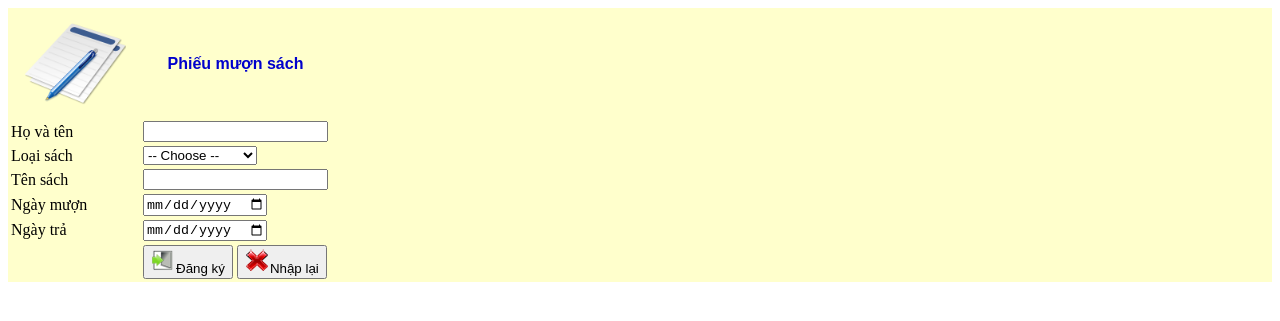
Repository: AnhDuc0125/HTML-Aptech
Page: bt2092-b2/index.html
The author's editor kept a copy of each file at every save. The page is drawn from the files as they stood at one save, then again after the next save.
The browser window is 1280 px wide. The pictures show the whole page.

Above is the page before, as saved 2021-12-03 20:41:08.

### bt2092-b2/index.html
<!DOCTYPE html>
<html lang="en">
<head>
    <meta charset="UTF-8">
    <meta http-equiv="X-UA-Compatible" content="IE=edge">
    <meta name="viewport" content="width=device-width, initial-scale=1.0">
    <title>Document</title>
    <link rel="stylesheet" href="style.css">
</head>
<body>
        <div class="container">
            <div class="wrapper">
                <table>
                    <thead>
                        <tr>
                            <th><img class="img_title" src="./photos/regis.png" alt=""></th>
                            <th id="title">Phiếu mượn sách</th>
                        </tr>
                    </thead>
                    <tbody>
                        <tr>
                            <td><label for="hoten">Họ và tên</label></td>
                            <td><input type="text"></td>
                        </tr>
                        <tr>
                            <td><label for="sach">Loại sách</label></td>
                            <td><select name="sach" id="book_id">
                                <option value="">-- Choose --</option>
                                <option value="1">Trinh thám</option>
                                <option value="2">Công nghệ</option>
                                <option value="3">Sách giáo khoa</option>
                            </select></td>
                        </tr>
                        <tr>
                            <td><label for="tensach">Tên sách</label></td>
                            <td><input type="text"></td>
                        </tr>
                        <tr>
                            <td><label for="date">Ngày mượn</label></td>
                            <td><input type="date"></td>
                        </tr>
                        <tr>
                            <td><label for="date1">Ngày trả</label></td>
                            <td><input type="date"></td>
                        </tr>
                        <tr>
                            <td></td>
                            <td>
                                <button type="submit"><img src="./photos/log_in.png" alt="log_in">Đăng ký</button>
                                <button type="reset"><img src="./photos/cancel.png" alt="cancel">Nhập lại</button>
                            </td>
                        </tr>
                    </tbody>
                </table>
            </div>
        </div>
</body>
</html>

### bt2092-b2/style.css
.container {
    background-color: #FFFFCC;
}

#title {
    color: #0000CC;
    font-family: Arial;
}

.img_title {
    width: 80%;
}

#book_name {
    width: 200%;
}

After the next save:
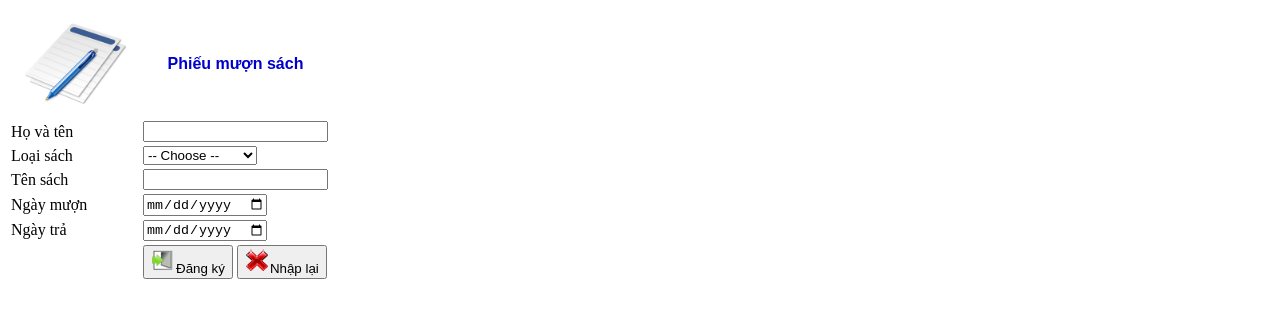
Saved 15 s later.
--- a/bt2092-b2/style.css
+++ b/bt2092-b2/style.css
@@ -7,6 +7,10 @@
     font-family: Arial;
 }
 
+.wrapper {
+    position: absolute;
+}
+
 .img_title {
     width: 80%;
 }

After the 2 saves that followed:
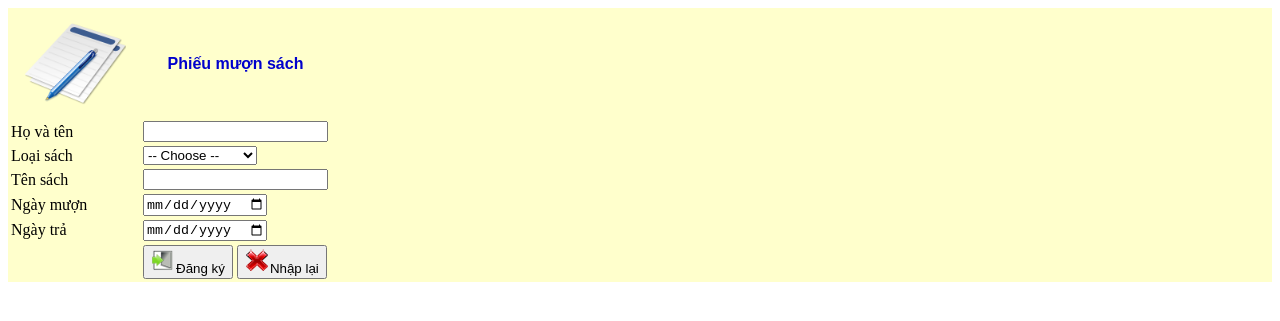
The 2 saves are shown as one change because 1 left the picture as it was.
The last was saved 14 s later.
--- a/bt2092-b2/style.css
+++ b/bt2092-b2/style.css
@@ -8,7 +8,6 @@
 }
 
 .wrapper {
-    position: absolute;
 }
 
 .img_title {
